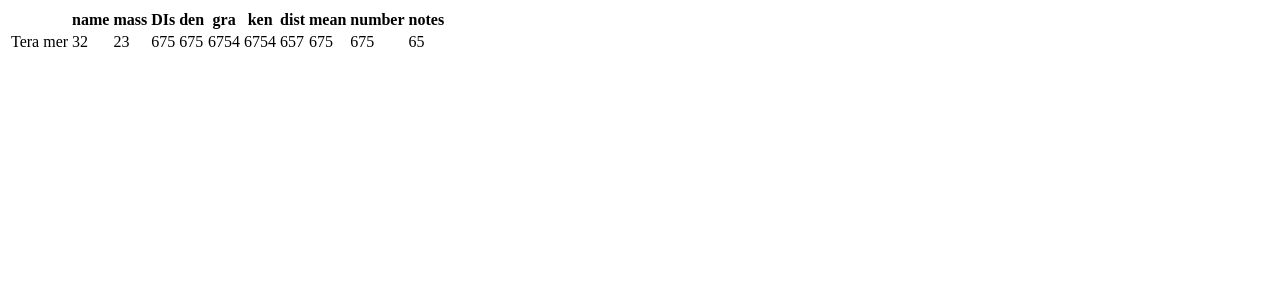
Repository: lidwan/dotfiles
Page: Documents/TOP/index.html
The author's editor kept a copy of each file at every save. The page is drawn from the files as they stood at one save, then again after the next save.
The browser window is 1280 px wide. The pictures show the whole page.

Above is the page before, as saved 2024-09-02 10:17:29.

After the next save:
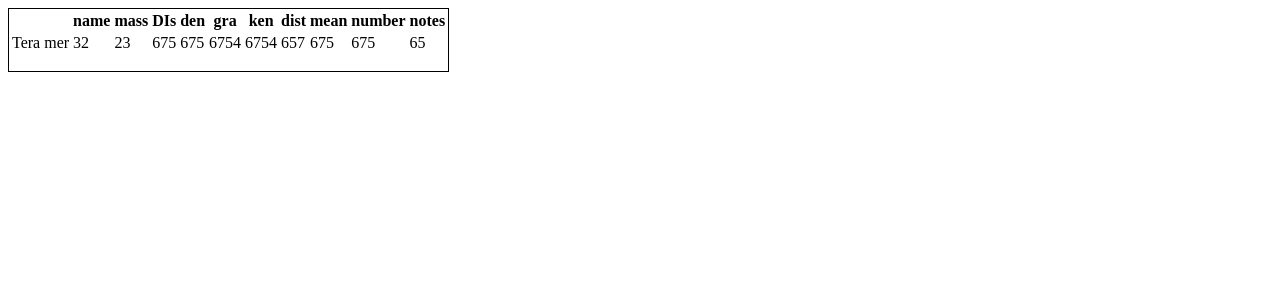
Saved 36 s later.
--- a/Documents/TOP/index.html
+++ b/Documents/TOP/index.html
@@ -6,7 +6,7 @@
     <title>Document</title>
 </head>
 <body>
-    <table>
+    <table style="border: 1px solid black;">
         <thead>
             <tr>
                 <th></th>
